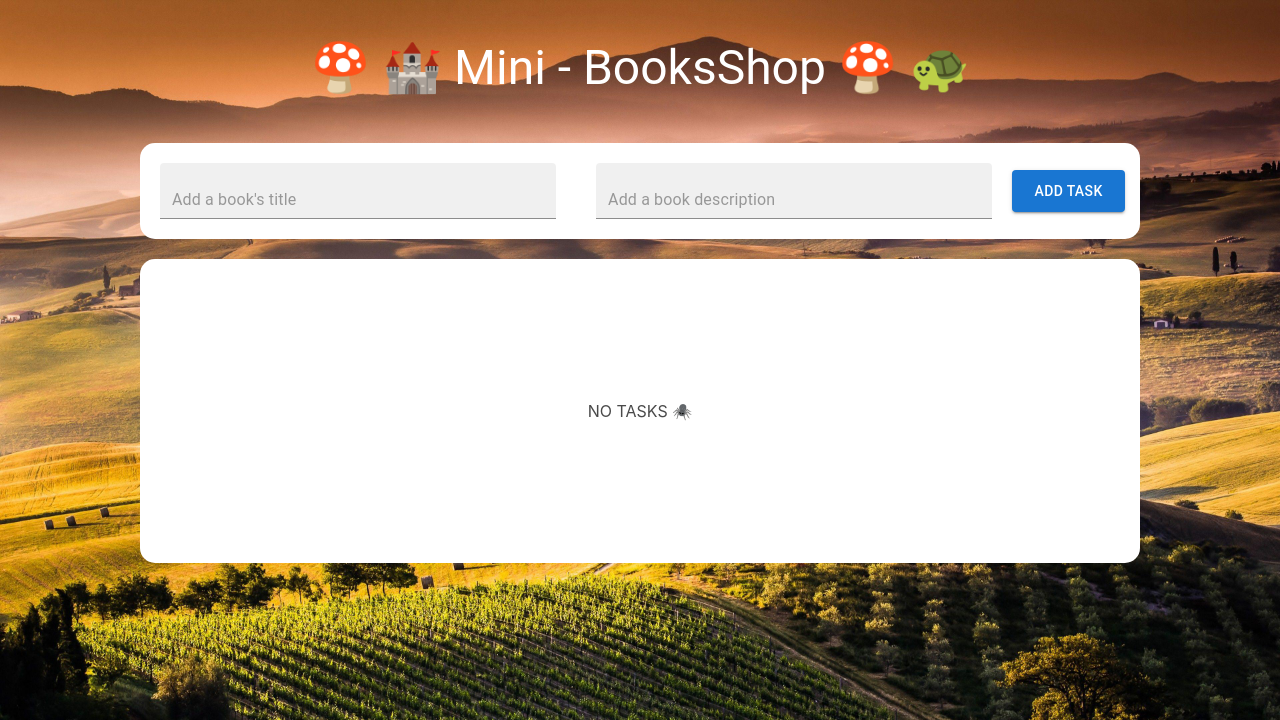
Repository: Tracy-maker/mini-bookshop
Page: /
The author's editor kept a copy of each file at every save. The page is drawn from the files as they stood at one save, then again after the next save.
The browser window is 1280 px wide. The pictures show the whole page.
The project was rebuilt for these pictures with package versions that can differ from the ones it lists, and the page was loaded fresh each time. Also part of the build but not shown: src/components/TaskEdit.js, src/components/TaskShow.js.

Above is the page before, as saved 2023-09-21 16:14:24.

After the next save:
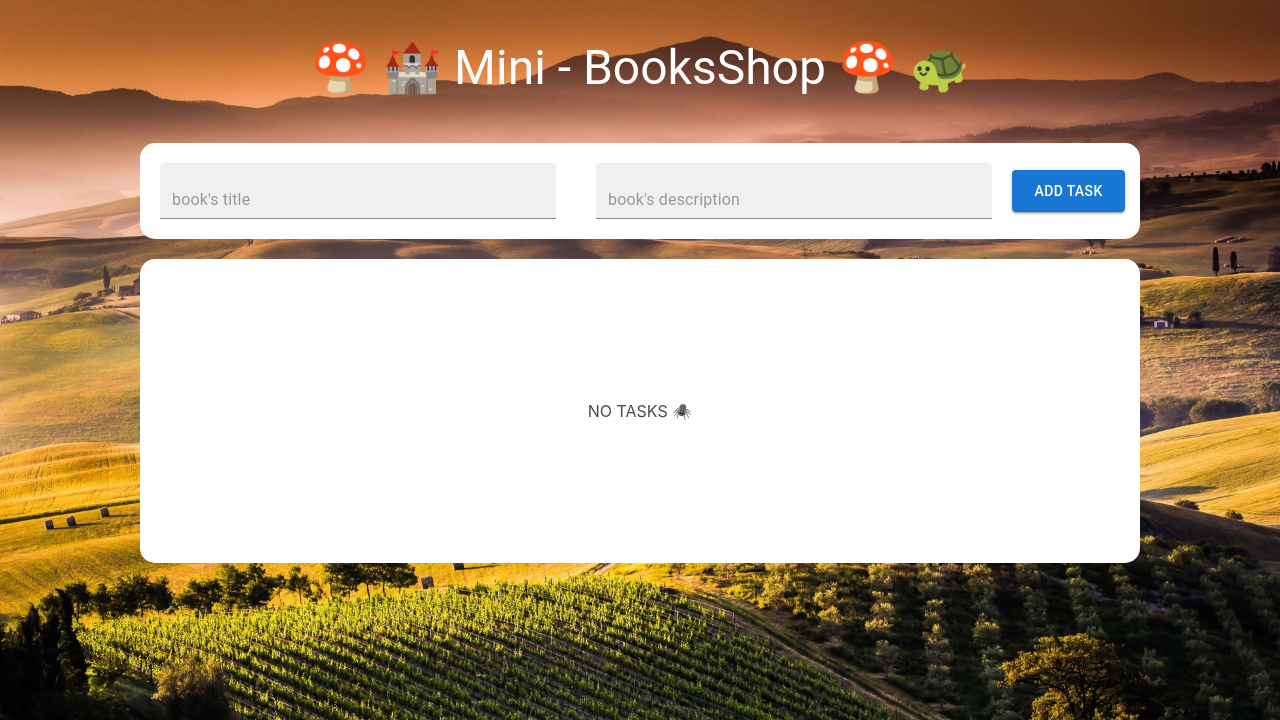
Saved 25 s later.
--- a/src/components/CreateTask.js
+++ b/src/components/CreateTask.js
@@ -46,14 +46,14 @@ function CreateTask(props) {
         name="title"
         value={title}
         onChange={handleChange}
-        placeholder="Add a book's title"
+        placeholder="book's title"
         variant="filled"
       />
       <Input
         name="description"
         value={description}
         onChange={handleChange}
-        placeholder="Add a book description"
+        placeholder="book's description"
         variant="filled"
       />
       <AddButton type="submit" variant="contained">
